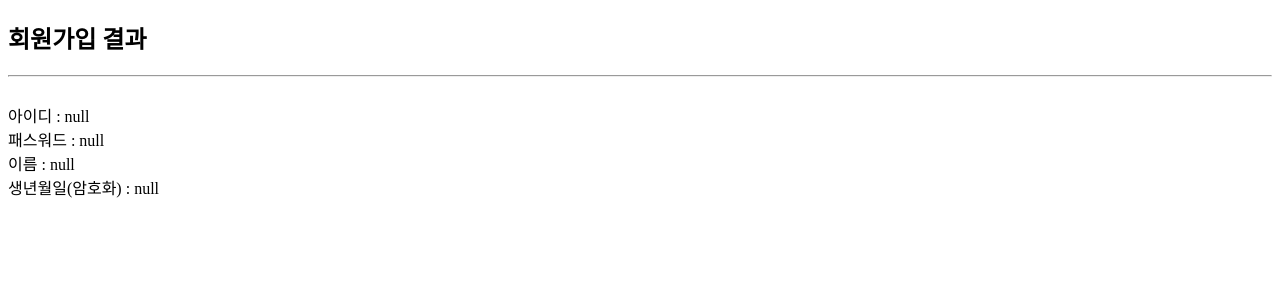
Repository: pcc767/khSchool
Page: http://localhost/05_Filter/views/member/enrollResult.jsp
These files come from the project's save history. The page is drawn as it stood at one moment and after the next save; the edit follows.
The browser window is 1280 px wide. The pictures show the whole page.
The page is served by Tomcat 9.

Above is the page before, as saved 2022-07-14 08:40:55.

After the next save:
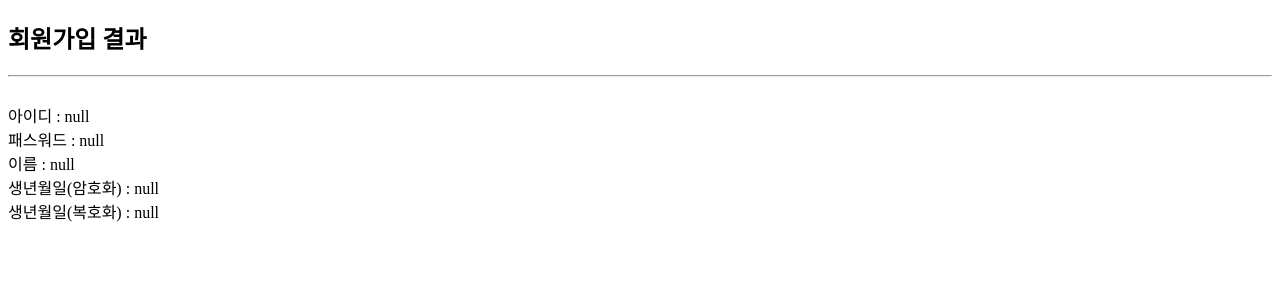
Saved 28 min 48 s later.
--- a/dev-source_Servlet/05_Filter/src/main/webapp/views/member/enrollResult.jsp
+++ b/dev-source_Servlet/05_Filter/src/main/webapp/views/member/enrollResult.jsp
@@ -1,3 +1,4 @@
+<%@page import="com.kh.util.AES256Cipher"%>
 <%@ page language="java" contentType="text/html; charset=UTF-8"
     pageEncoding="UTF-8"%>
 <!DOCTYPE html>
@@ -15,6 +16,13 @@
 	이름 : <%=request.getParameter("name") %><br>
 	생년월일(암호화) : <%=request.getParameter("day") %><br>
 
-
+	<%
+		String deDay = null;
+		try{
+			String enDay = request.getParameter("day");
+			deDay = AES256Cipher.AES_Decode(enDay);
+		}catch(Exception e){}
+	%>
+	생년월일(복호화) : <%=deDay %><br>
 </body>
 </html>
